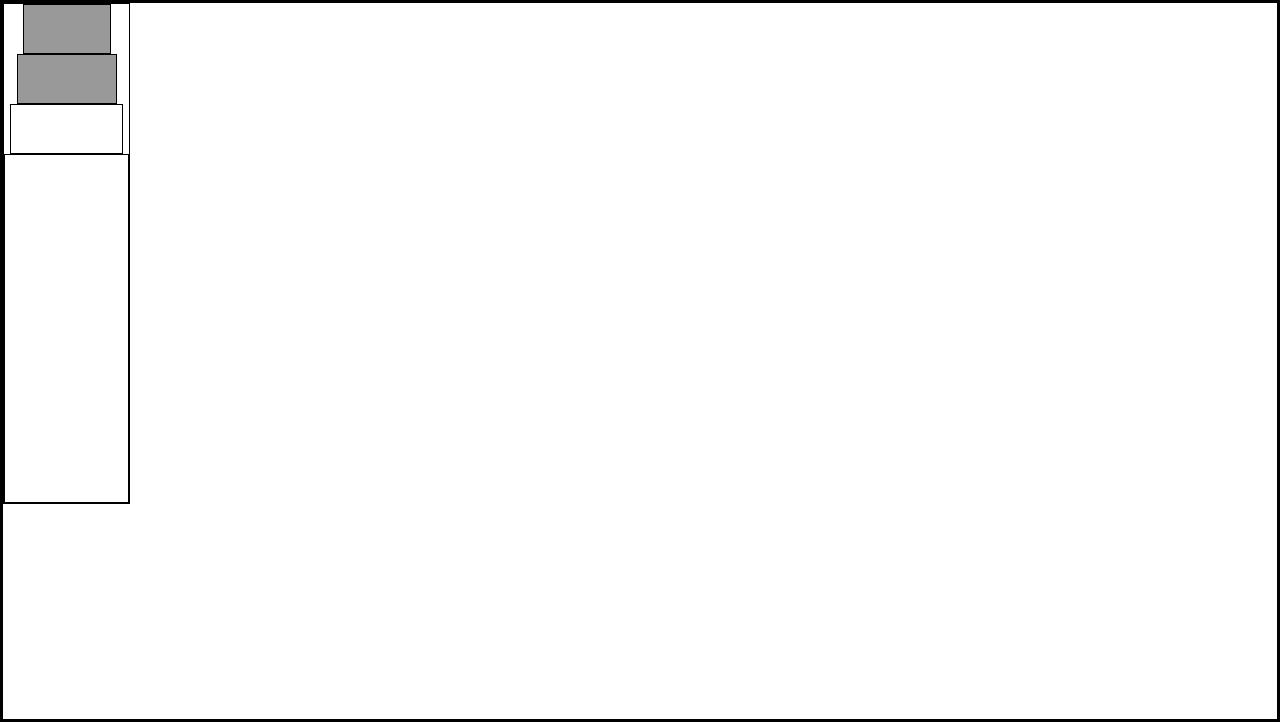
Repository: Lungdjos/city_skyline
Page: index.html
An editor plug-in stored every save of this project. The page is shown before and after a run of saves, followed by the edit.
The browser window is 1280 px wide. The pictures show the whole page.

Above is the page before, as saved 2023-12-11 09:31:01.

### index.html
<!DOCTYPE html>
<html lang="en">

<head>
    <meta charset="UTF-8">
    <meta name="viewport" content="width=device-width, initial-scale=1.0">
    <title>City Skyline</title>
    <link href="styles.css" rel="stylesheet" />
</head>

<body>
    <div class="background-buildings">
        <div class="bb1">
            <div class="bb1a"></div>
            <div class="bb1b"></div>
            <div class="bb1c"></div>
            <div class="bb1d"></div>
        </div>
    </div>
</body>

</html>

### styles.css
* {
    border: 1px solid black;
    box-sizing: border-box;
}

body {
    height: 100vh;
    margin: 0;
    overflow: hidden;
}

.background-buildings {
    width: 100%;
    height: 100%;
}

.bb1 {
    width: 10%;
    height: 70%;
    display: flex;
    flex-direction: column;
    align-items: center;
    --building-color1: #999;
}

.bb1a {
    width: 70%;
    height: 10%;
    background-color: var(--building-color1);
}

.bb1b {
    width: 80%;
    height: 10%;
    background-color: var(--building-color1);
}

.bb1c {
    width: 90%;
    height: 10%;
    background-color: var
}

.bb1d {
    width: 100%;
    height: 70%;
}

After the next 2 saves:
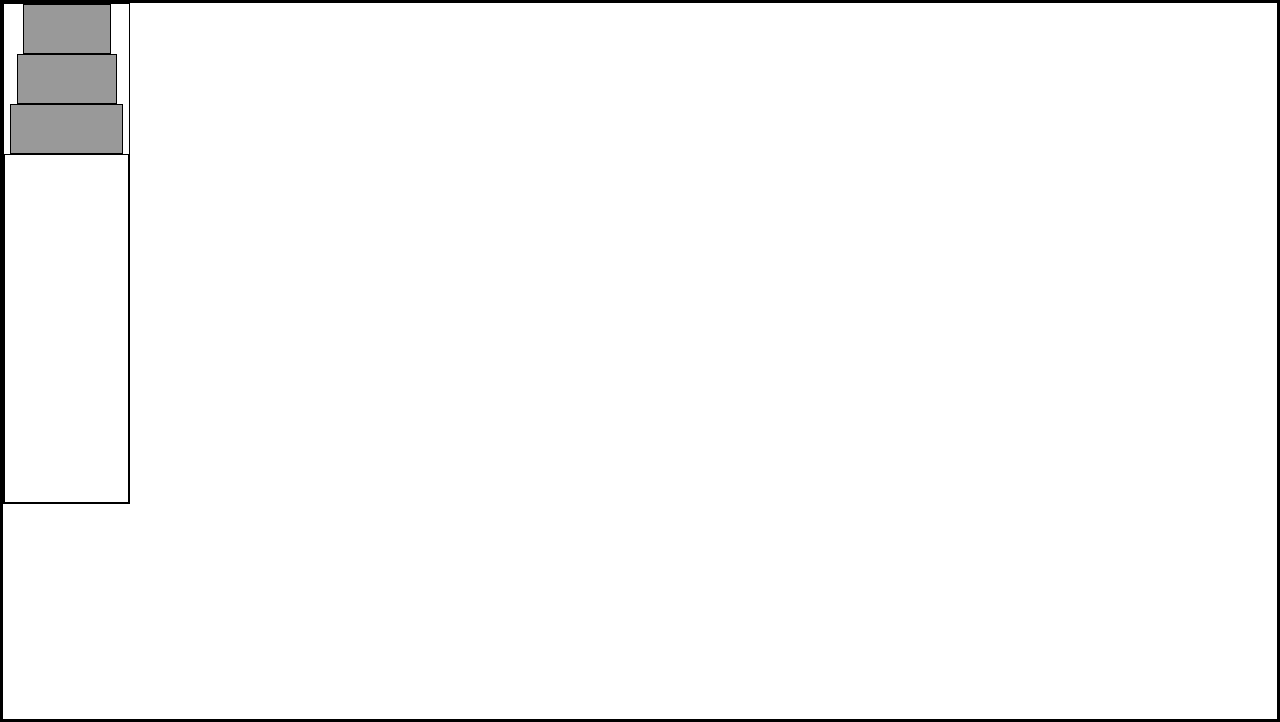
The 2 saves are shown as one change because they came seconds apart.
The last was saved 9 s later.
--- a/styles.css
+++ b/styles.css
@@ -38,7 +38,7 @@ body {
 .bb1c {
     width: 90%;
     height: 10%;
-    background-color: var
+    background-color: var(--building-color1);
 }
 
 .bb1d {
